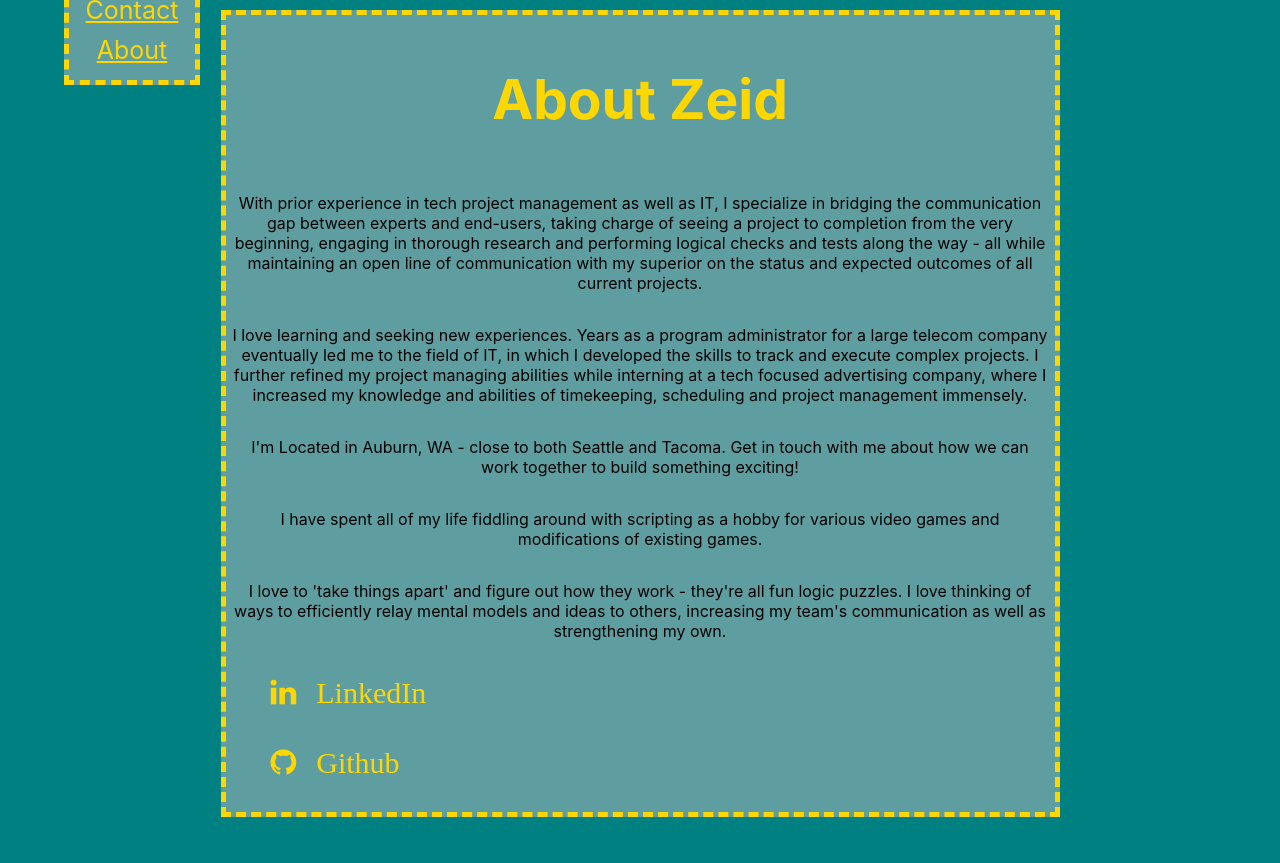
Repository: zeidalidiez/portfolioreact
Page: /About
These files come from the project's save history. The page is drawn as it stood at one moment and after the next save; the edit follows.
The browser window is 1280 px wide. The pictures show the whole page.
The project was rebuilt for these pictures with package versions that can differ from the ones it lists, and the page was loaded fresh each time. Also part of the build but not shown: src/components/Thumbnail.js, src/components/Projects.js, src/components/Contact.js.

Above is the page before, as saved 2021-02-08 19:07:50.

After the next save:
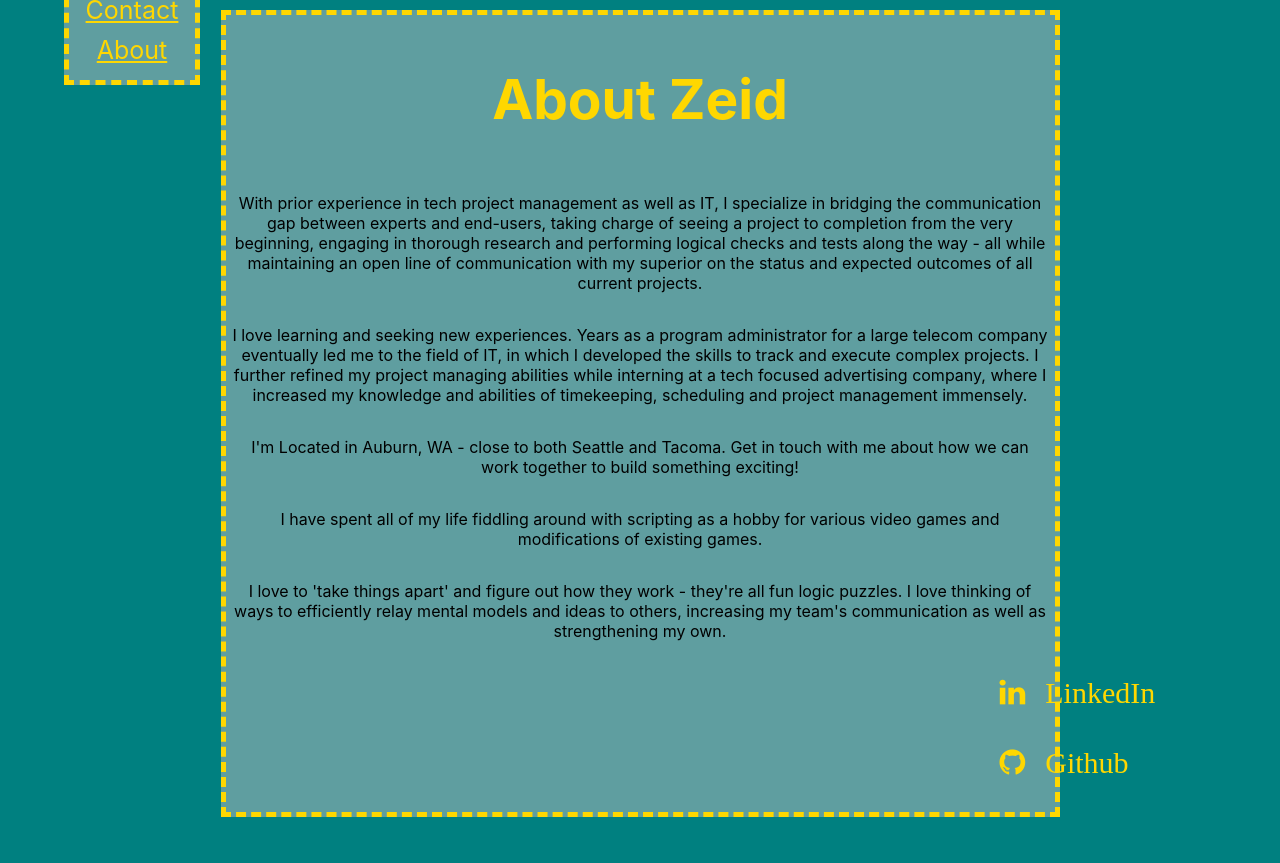
Saved 13 s later.
--- a/src/components/App.css
+++ b/src/components/App.css
@@ -136,7 +136,7 @@
   width: 50px;
   text-align: center;
   text-decoration: none;
-  justify-self: top;
+  justify-self:flex-end;
 }
 
 /* Add a hover effect if you want */

After the save that followed:
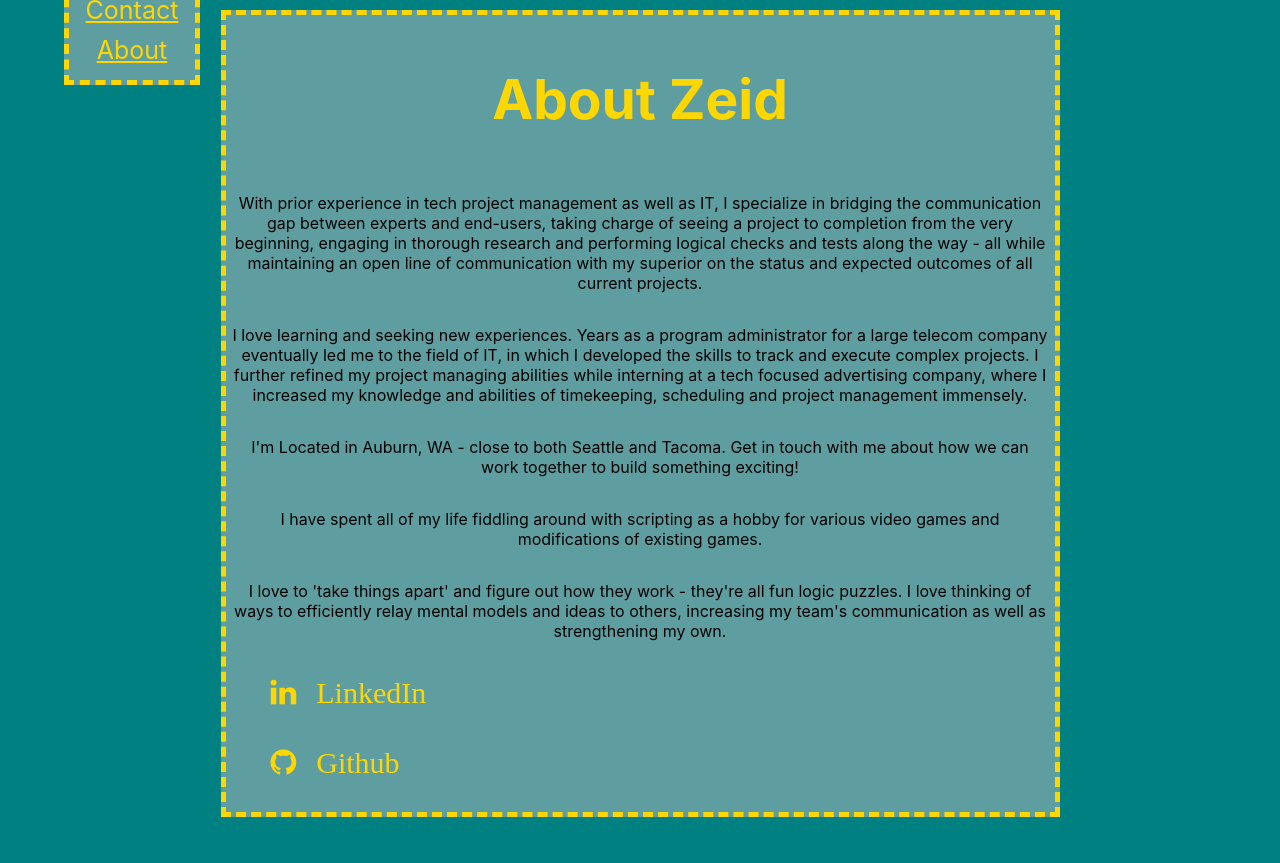
Saved 4 s later.
--- a/src/components/App.css
+++ b/src/components/App.css
@@ -136,7 +136,7 @@
   width: 50px;
   text-align: center;
   text-decoration: none;
-  justify-self:flex-end;
+  justify-self:flex-start;
 }
 
 /* Add a hover effect if you want */
